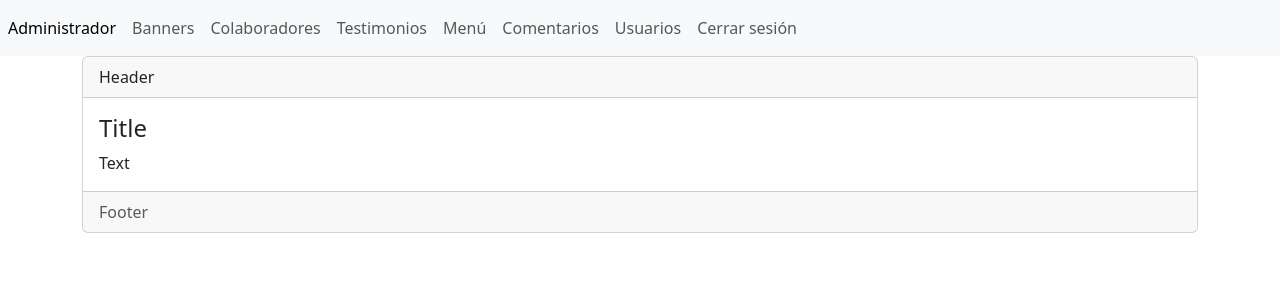
Repository: salextros/Restaurant-Project-PHP-MySQL
Page: http://localhost/TRABAJO_FINAL/restaurant/admin/seccion/menu/crear.php
The author's editor kept a copy of each file at every save. The page is drawn from the files as they stood at one save, then again after the next save.
The browser window is 1280 px wide. The pictures show the whole page.
The page is run by PHP 8.4 with error messages shown; the project is at /var/www/html/.

Above is the page before, as saved 2026-01-31 17:39:06.

After the next save:
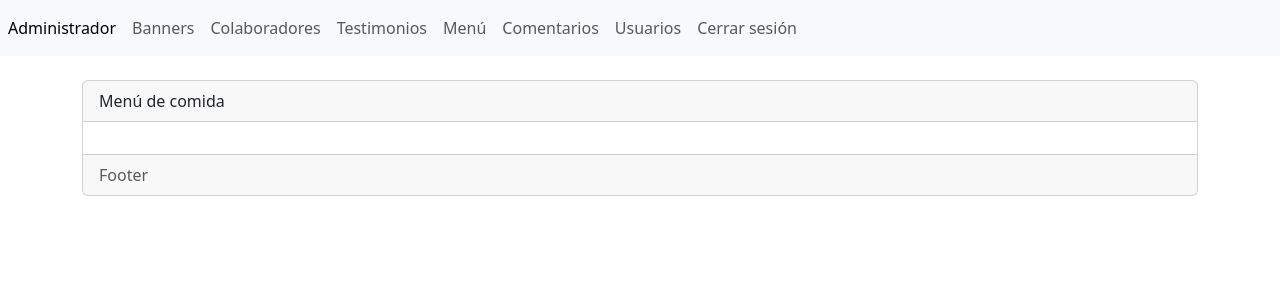
Saved 103 s later.
--- a/restaurant/admin/seccion/menu/crear.php
+++ b/restaurant/admin/seccion/menu/crear.php
@@ -1,10 +1,10 @@
 <?php include ("../../templates/header.php");?>
+<br/>
+<div class="card">
+    <div class="card-header">Menú de comida</div>
+    <div class="card-body">
 
-<div class="card">
-    <div class="card-header">Header</div>
-    <div class="card-body">
-        <h4 class="card-title">Title</h4>
-        <p class="card-text">Text</p>
+
     </div>
     <div class="card-footer text-muted">Footer</div>
 </div>
